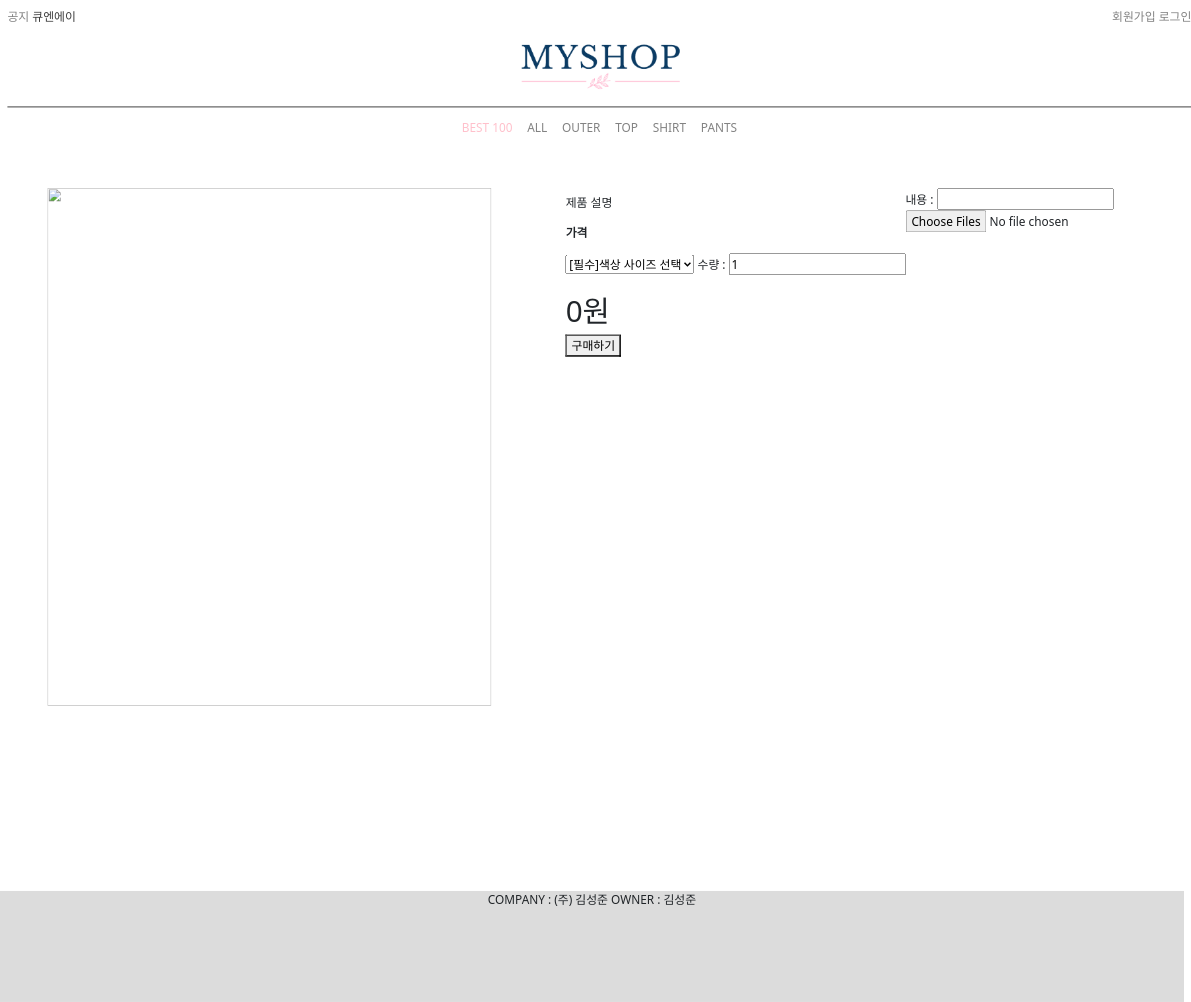
Repository: kkj53051000/MyShop
Page: http://localhost/myshop/WEB-INF/views/product-page.jsp
The author's editor kept a copy of each file at every save. The page is drawn from the files as they stood at one save, then again after the next save.
The browser window is 1280 px wide. The page is 1610 px wide, so the pictures cover 1610 px, including what lies to the right of the window. The pictures show the whole page, at 74% of full size.
The page is served by Tomcat 9. Nobody is signed in. The template is opened directly, without the code that normally fills it, so the values that code supplies are empty.

Above is the page before, as saved 2021-02-27 06:38:56.

After the next save:
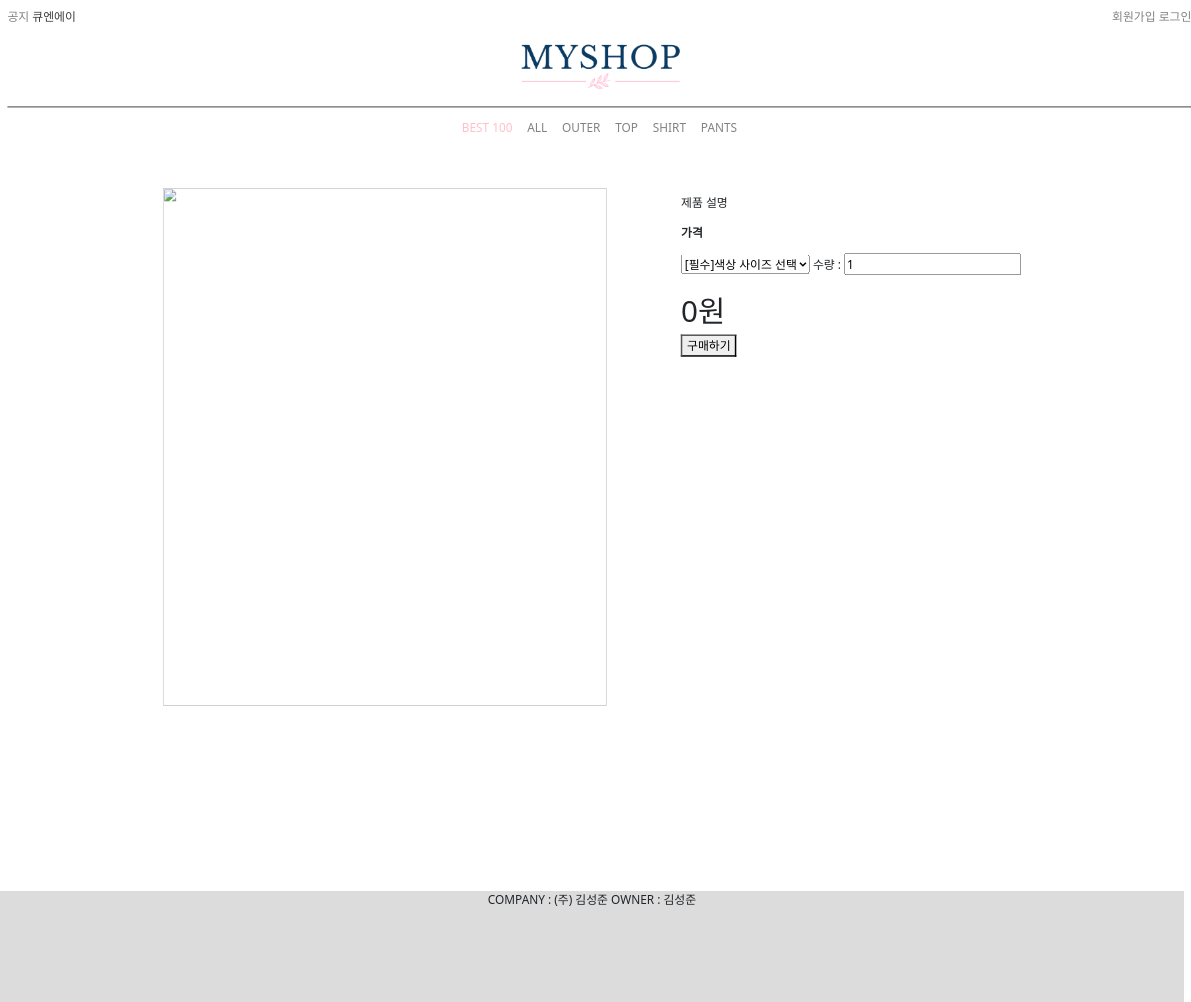
Saved 26 s later.
--- a/myshop/src/main/webapp/WEB-INF/views/product-page.jsp
+++ b/myshop/src/main/webapp/WEB-INF/views/product-page.jsp
@@ -76,10 +76,6 @@
 				<!-- </form> -->
 				</div>
 			</div>
-
-
-
-			<%@ include file="review-upload.jsp" %>
 		</div>
 
 	</div>
